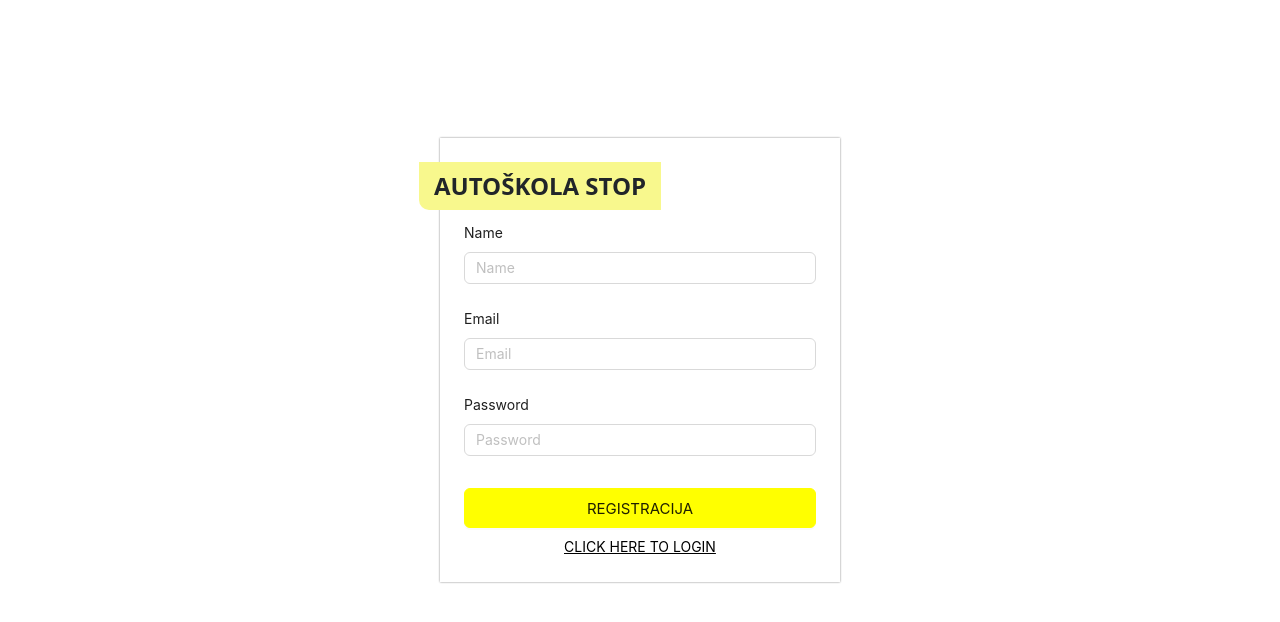
Repository: jbabicsus/okviri
Page: /registracija (app in autoskola/)
The author's editor kept a copy of each file at every save. The page is drawn from the files as they stood at one save, then again after the next save.
The browser window is 1280 px wide. The pictures show the whole page.
The project was rebuilt for these pictures with package versions that can differ from the ones it lists, and the page was loaded fresh each time. Also part of the build but not shown: autoskola/src/stranice/Login.js.

Above is the page before, as saved 2024-05-12 14:20:55.

### autoskola/public/index.html
<!DOCTYPE html>
<html lang="en">
  <head>
    <meta charset="utf-8" />
    <link rel="icon" href="%PUBLIC_URL%/favicon.ico" />
    <meta name="viewport" content="width=device-width, initial-scale=1" />
    <meta name="theme-color" content="#000000" />
    <meta
      name="description"
      content="Web site created using create-react-app"
    />
    <link rel="apple-touch-icon" href="%PUBLIC_URL%/logo192.png" />

    <link rel="manifest" href="%PUBLIC_URL%/manifest.json" />

    <link href="https://cdn.jsdelivr.net/npm/bootstrap@5.3.3/dist/css/bootstrap.min.css" rel="stylesheet" integrity="sha384-QWTKZyjpPEjISv5WaRU9OFeRpok6YctnYmDr5pNlyT2bRjXh0JMhjY6hW+ALEwIH" crossorigin="anonymous">

    <title>React App</title>
  </head>
  <body>
    <noscript>You need to enable JavaScript to run this app.</noscript>
    <div id="root"></div>

  </body>
</html>

### autoskola/src/index.js
import React from 'react';
import ReactDOM from 'react-dom/client';
import './index.css';
import 'antd/dist/reset.css';
import App from './App';
import reportWebVitals from './reportWebVitals';

const root = ReactDOM.createRoot(document.getElementById('root'));
root.render(
  <React.StrictMode>
    <App />
  </React.StrictMode>
);

// If you want to start measuring performance in your app, pass a function
// to log results (for example: reportWebVitals(console.log))
// or send to an analytics endpoint. Learn more: https://bit.ly/CRA-vitals
reportWebVitals();

### autoskola/src/index.css
input{
  border-radius: 0;
  border: 1px solid gray;
}


/* cijela app*/

.kartica-naslov{
  font-size: 1.5rem;
  font-weight: bold;
}
.normal-text{
  font-size: 1rem;
}

.registracija-btn{
  background-color: yellow;
  border-color: yellow;
  height: 40px;
  width: 100%;
  font-size: 15px;
}

.a{
  color: black;
  text-decoration: underline;
  font: 15px;
  margin-left: 100px;

}



/* autentifikacija */
.autentifikacija{
  height: 100vh;
  display: flex;
  align-items: center;
  justify-content: center;
}

.kartica{
  width: 400px;
  box-shadow: 0 0 2px gray;
  border-radius: 0;
}

.autentifikacija .kartica-naslov{
  font-weight: bold;
  background-color: rgb(248, 248, 141);
  max-width: max-content;
  padding: 10px 15px;
  margin-left: -45px;
  border-bottom-left-radius: 10px;
}

### autoskola/src/App.js
import React from 'react';
import 'antd/dist/reset.css';
import {Routes, Route, BrowserRouter} from 'react-router-dom'
import Login from './stranice/Login'
import Registracija from './stranice/Registracija'
import {Button} from 'antd'
function App() {
  return (
    <BrowserRouter>
      <Routes>
        <Route path='/login' element={<Login />}/>
        <Route path='/registracija' element={<Registracija />}/>



      </Routes>
    </BrowserRouter>
  );
}

export default App;

### autoskola/src/stranice/Registracija.js

import {Button , Form, Input, Link} from 'antd';
import React from 'react';

function Registracija(){
    return(
        <div className='autentifikacija'>
            <div className='kartica p-4'>
                <h1 className='kartica-naslov'>AUTOŠKOLA STOP</h1>
                <Form layout='vertical'>
                    <Form.Item label='Name' name='name'>
                        <Input placeholder='Name'/>
                    </Form.Item>

                    <Form.Item label='Email' name='email'>
                        <Input placeholder='Email'/>
                    </Form.Item>

                    <Form.Item label='Password' name='password'>
                        <Input placeholder='Password'/>
                    </Form.Item>

                    <Button className='registracija-btn my-2'>REGISTRACIJA</Button>

                    <a href='/login' className='a mt-4'>CLICK HERE TO LOGIN</a>
                </Form>

            </div>
        </div>
    )
}

export default Registracija

Loaded but not shown: autoskola/src/reportWebVitals.js (common file)

After the next save:
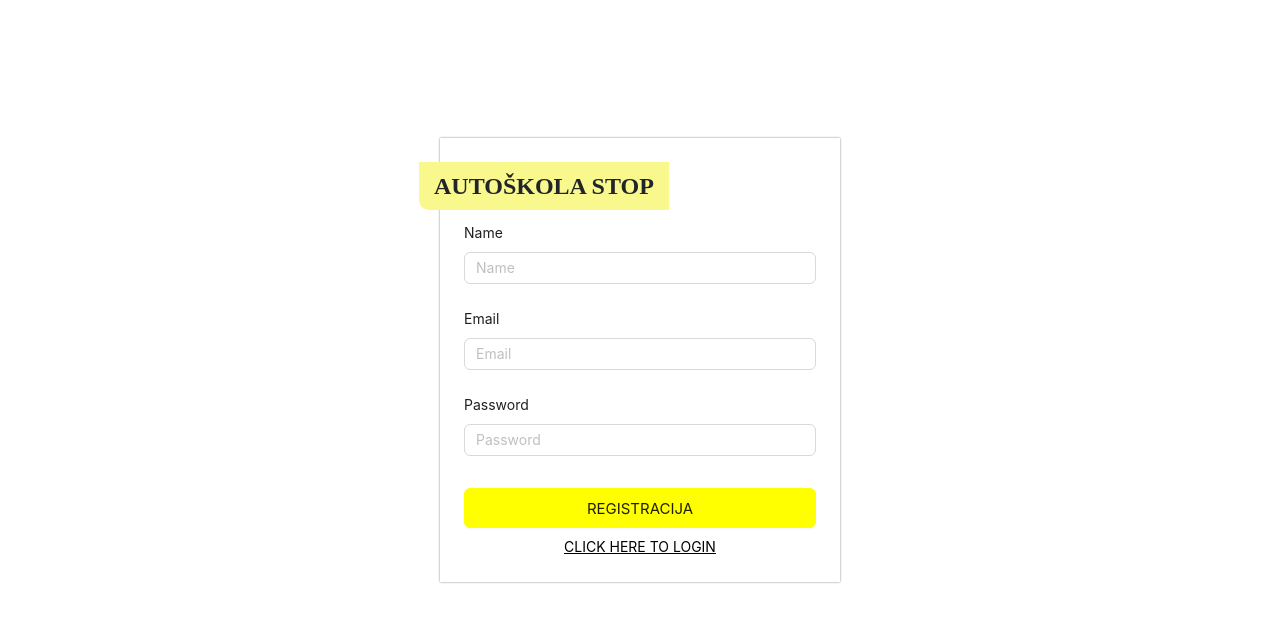
Saved 97 s later.
--- a/autoskola/src/index.css
+++ b/autoskola/src/index.css
@@ -53,4 +53,5 @@ input{
   padding: 10px 15px;
   margin-left: -45px;
   border-bottom-left-radius: 10px;
+  font-family: fantasy;
 }
